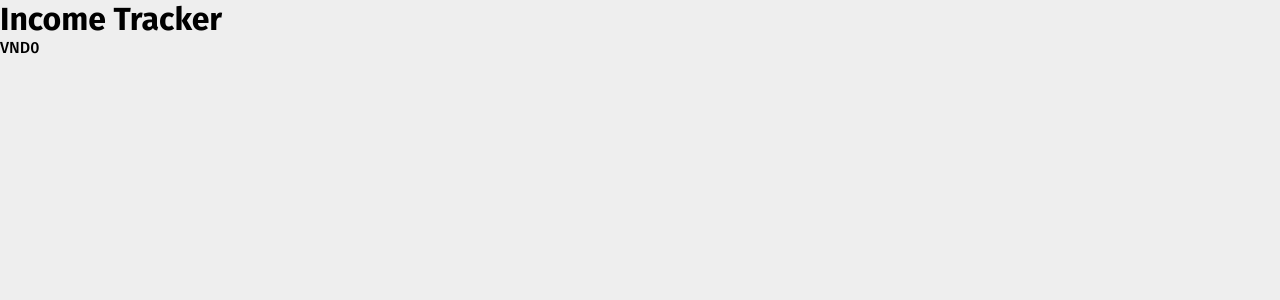
Repository: kate30980/incometracker
Page: /
These files come from the project's save history. The page is drawn as it stood at one moment and after the next save; the edit follows.
The browser window is 1280 px wide. The pictures show the whole page.
The project was rebuilt for these pictures with package versions that can differ from the ones it lists, and the page was loaded fresh each time.

Above is the page before, as saved 2021-08-23 16:34:55.

After the next save:
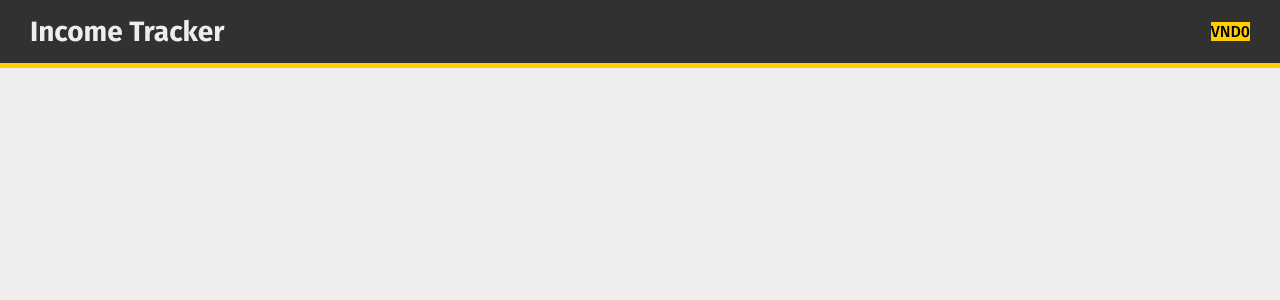
Saved 3 min 4 s later.
--- a/src/components/Header.vue
+++ b/src/components/Header.vue
@@ -12,5 +12,20 @@ export default {
 </script>
 
 <style scoped>
-
+header{
+    display: flex;
+    justify-content:space-between;
+    align-items:center;
+    padding: 15px 30px;
+    background-color: #313131;
+    border-bottom: 5px solid #FFCE00;
+}
+header h1{
+    color: #EEE;
+    font-size: 28px;
+}
+header .total-income{
+    font-family: 'Fira Code', 'Fira Sans', sans-serif;
+    background-color: #FFCE00;
+}
 </style>
